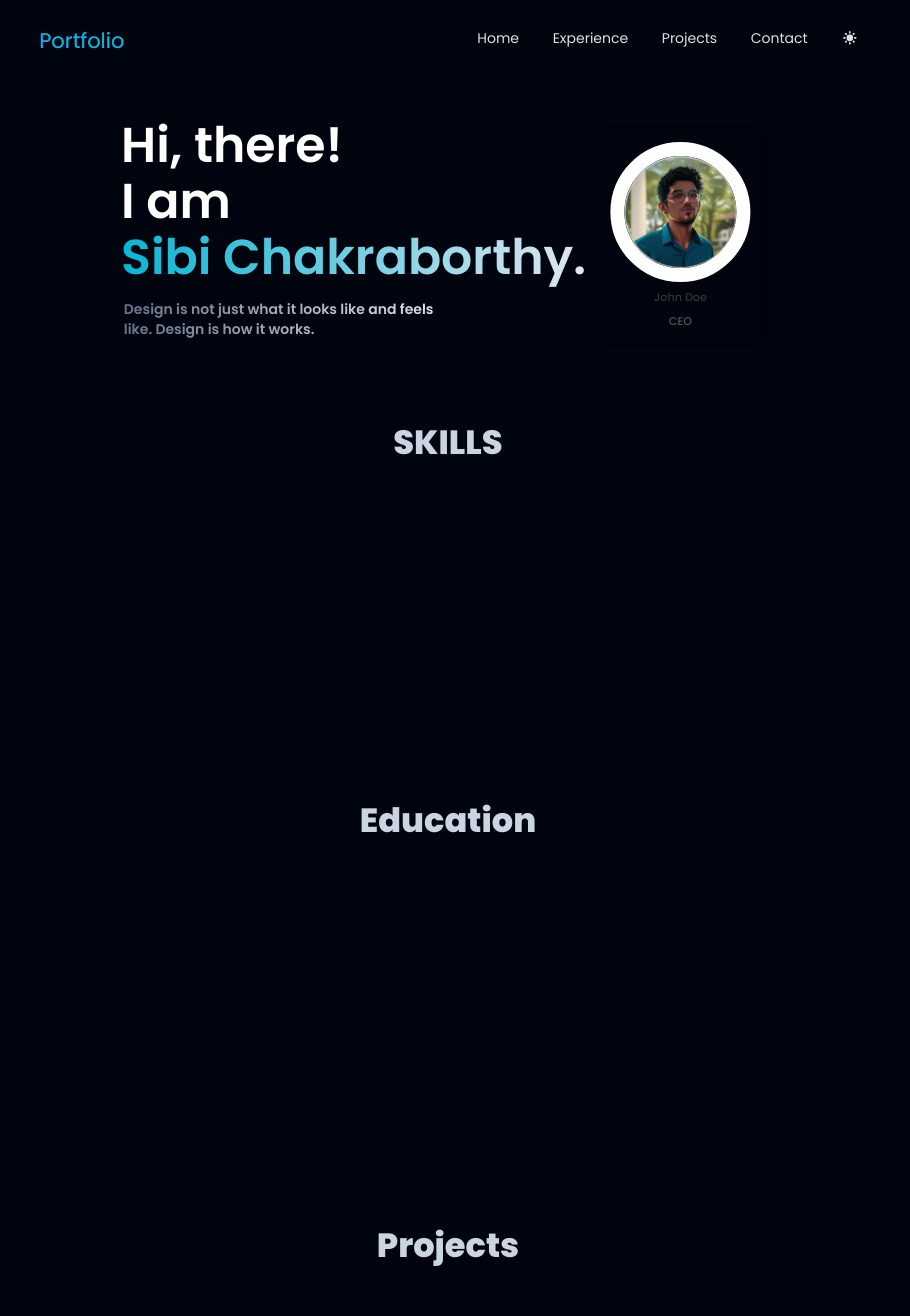
Repository: sibi24sibi/MyPersonalPortfolio
Page: /
The author's editor kept a copy of each file at every save. The page is drawn from the files as they stood at one save, then again after the next save.
The browser window is 1280 px wide. The page is 1300 px wide, so the pictures cover 1300 px, including what lies to the right of the window. The pictures show the part of the page from y = 0 to 1880 px (the page is 3414 px tall), at 70% of full size.
The project was rebuilt for these pictures with package versions that can differ from the ones it lists, and the page was loaded fresh each time. Also part of the build but not shown: vite.config.js, src/components/Menu.jsx, src/components/Footer.jsx.

Above is the page before, as saved 2024-05-03 17:51:34.

### index.html
<!DOCTYPE html>
<html lang="en">

<head>
  <meta charset="UTF-8" />
  <link rel="icon" type="image/svg+xml" href="" />
  <meta name="viewport" content="width=device-width, initial-scale=1 , maximum-scale=1 ,user-scalable=no" />
  <title>
    Personal Portfolio
  </title>
</head>

<body className="darkMode">
  <div id="root" className="px-5 w-screen"></div>
  <script type="module" src="/src/main.jsx"></script>
</body>

</html>

### src/index.css
@import url('https://fonts.googleapis.com/css2?family=Poppins:wght@300;400;500;600;800&display=swap');
@tailwind base;
@tailwind components;
@tailwind utilities;

html {
    @apply overflow-x-hidden scroll-smooth
}

body {

    @apply dark:bg-[#00040f] bg-[#e2e2e2ab]
}

### src/App.jsx
import Navbar from "./components/Navbar";
import About from "./components/About";

import Education from "./components/Education";
import Projects from "./components/Projects";
import Skills from "./components/Skills";

import HashLoader from "react-spinners/HashLoader";
import CTA from "./components/CTA";
import MyEmailLayout from "./components/email";
import Footer from "./components/Footer";


import { useState, useEffect } from "react";

const override = {
  display: "flex",
  justifyContent: "center",
  alignItems: "center",
  marginTop: "5rem",
  borderColor: "red",
};

const App = () => {
  const [loading, setLoading] = useState(true);

  useEffect(() => {
    setLoading(true);
    setTimeout(() => {
      setLoading(false);
    }, 3000);
  }, []);
  return (
    <>
      {loading ? (
        <div className="flex h-screen w-screen justify-center items-center bg-[#00040f] ">
          <HashLoader
            color="#0891b2"
            loading={loading}
            cssOverride={override}
            size={90}
            aria-label="Loading Spinner"
            data-testid="loader"
          />
        </div>
      ) : (
        <div className=" flex flex-col justify-center items-center">
          <Navbar></Navbar>
          <About></About>
          <Skills></Skills>
          <Education></Education>
          <Projects></Projects>
          <CTA></CTA>
          <MyEmailLayout></MyEmailLayout>
          {/* <Footer></Footer> */}
        </div>
      )}
    </>
  );
};
export default App;

### src/components/Navbar.jsx
import { CgMenuRightAlt } from "react-icons/cg";
import { HiSun, HiMoon } from "react-icons/hi";
import { useState, useEffect } from "react";
import Menu from "./Menu";

const Navbar = () => {
  const [nav, setNav] = useState(false);

  const [theme, setTheme] = useState("light");

  useEffect(() => {
    if (theme === "dark") {
      document.documentElement.classList.remove("dark");
    } else {
      document.documentElement.classList.add("dark");
    }
  }, [theme]);

  const handleTheme = () => {
    setTheme(theme === "dark" ? "light" : "dark");
  };

  return (
    <>
      <section className="NAVBAR sticky top-0 backdrop-blur-[5px] z-10 pt-5  translate-x-[20px] min-w-full mt-5 font-['Poppins']  max-sm:p-2 max-sm:mx-1 max-sm:max-h-[48px] ">
        <div className="flex  justify-between capitalize md:ml-9 sm:ml-2">
          <div className="LOGO ">
            <a
              href="#"
              className="text-3xl bg-gradient-to-r from-blue-600 to-cyan-600 bg-clip-text text-transparent dark:text-cyan-500 max-sm:text-2xl"
            >
              {"Portfolio"}
            </a>
          </div>
          <div className="NAVLINKS min-w-full pr-9 text-[20px] translate-x-[-160px]  max-sm:hidden flex justify-end gap-12 text-[#00040f] dark:text-[#e1e1e1] ">
            <a href="#about" className=" hover:text-cyan-500">
              Home
            </a>
            <a href="#experience" className="hover:text-cyan-500">
              Experience
            </a>
            {/* <a href="#education" className="hover:text-cyan-500 ">
              Education
            </a> */}
            <a href="#projects" className="hover:text-cyan-500 ">
              Projects
            </a>
            <a href="#contact" className="hover:text-cyan-500 ">
              Contact
            </a>

            <button onClick={handleTheme}>
              {theme === "dark" ? (
                <HiMoon className="-translate-y-1 text-2xl" />
              ) : (
                <HiSun className="-translate-y-1 text-2xl" />
              )}
            </button>

            </div>
            </div>
          <button onClick={() => setNav(!nav)}>
            <CgMenuRightAlt className="hidden max-sm:block mr-5   absolute top-2  right-10 md:transform-none text-[#00040f] dark:text-[#e1e1e1] text-[32px]" />
          </button>


        {nav && <Menu />}

      </section>



    </>
  );
};
export default Navbar;

### src/components/About.jsx
import Lottie from "lottie-react";
import computer from "../assets/lottie/computer.json";
import Profile from "../assets/Profile.jpg";
import "./about-style.css";

const About = () => {
  return (
    <>
      <section
        id="about"
        className="p-5 mx-2 mb-10 font-medium font-['Poppins'] max-w-6xl max-sm:p-2 max-sm:mx-5"
      >
        <div className="WRAPPER mt-12 flex justify-between max-sm:flex-col gap-35">
        <div className="INTRO text-[70px] leading-[80px] font-semibold max-sm:text-[40px] max-sm:leading-[70px] max-sm:font-semibold">
            <h3 className="text-[#00040f] dark:text-white">
              Hi, there! <br />I am
            </h3>
            <span className="bg-clip-text text-transparent bg-gradient-to-r  from-blue-600 to-cyan-600 dark:from-cyan-500 dark:to-slate-200">
             Sibi Chakraborthy.

            </span>

            <p className="ABOUT h-[100px] text-xl max-sm:text-[15px] bg-clip-text text-transparent  bg-gradient-to-r  from-[#00040f] to-slate-500 dark:from-slate-500 dark:to-slate-200 max-w-[470px] mt-5 pl-1">
            Design is not just what it looks like and feels like. Design is how it works.
            </p>
          </div>
        <div className="div">



        <div className="team-member">
            <img src={Profile} alt="Profile"/>
            <h3>John Doe</h3>
            <p>CEO</p>
        </div>



        </div>
        </div>
      </section>
    </>
  );
};
export default About;

### src/components/Education.jsx
import Lottie from "lottie-react";
import education from "../assets/lottie/education.json";
import SAEC from "../assets/SAEC.png";
import AOS from "aos";

import { useEffect } from "react";

const Education = () => {
  useEffect(() => {
    AOS.init();
  }, []);
  return (
    <section
      id="education"
      className="EXPERIENCE max-w-6xl p-5 mx-20 mb-25 font-['Poppins']  max-sm:p-2 max-sm:mx-5"
    >
      <div className="WRAPPER mt-10">
        <h1 className="text-[#00040f] dark:text-slate-300 text-center font-extrabold text-5xl mb-5 max-sm:text-4xl   ">
          Education
        </h1>

        <div
          className="EDUCATION flex gap-7 justify-between flex-row-reverse max-sm:flex-col"
          data-aos="fade-right"
        >
          <div className="max-w-[520px] mt-[52px] p-7 max-sm:p-3">
            <div className="flex gap-5">
              <img
                src={SAEC}
                alt="SAEC"
                className="w-[150px] h-[100px]"
              />
              <h1 className="bg-clip-text text-transparent bg-gradient-to-r max-sm:text-[17px] from-amber-500 via-orange-600 to-yellow-500 dark:from-[#ff6600] dark:to-slate-100 font-semibold text-2xl w-[300px] h-[100px] tracking-wider ">
                Syed Ammal engineering college
              </h1>
            </div>

            <div className="mt-7 flex flex-col gap-5 text-left pl-4">
              <h3 className="capitalize  text-slate-800 dark:text-slate-300 text-xl max-sm:text-lg">
                Bachelor of technology
              </h3>
              <p className="italic capitalize text-gray-500 dark:text-slate-500 text-xl max-sm:text-lg leading-9">
                November 2020 - May 2024
              </p>

              <p className="capitalize text-gray-500 dark:text-slate-500 text-xl max-sm:text-lg leading-9">
                Computer Science and Engineering
              </p>
            </div>
          </div>
          <Lottie
            animationData={education}
            loop={true}
            className="max-w-[500px]"
          />
        </div>
      </div>
    </section>
  );
};
export default Education;

### src/components/Skills.jsx
import {
  HTML,
  CSS,
  Github,
  Git,
  Vite,
  TailwindCSS,
  react,
  Python,
  Javascript,
  CPP,
  C,
  Vue,
  nodejs
} from "../constants/Constant";

import AOS from "aos";
import "aos/dist/aos.css";
import { useEffect } from "react";
import Image from "./Img_prop";

const Skills = () => {
  useEffect(() => {
    AOS.init();
  }, []);
  return (
    <>
      <section className="EXPERIENCE p-5  mb-10 max-w-6xl  font-['Poppins']  max-sm:p-2 max-sm:mx-5">
        <div>
        <h1 className="text-[#00040f] dark:text-slate-300 font-extrabold text-5xl text-center max-sm:text-4xl ">
          SKILLS
        </h1>
        </div>
        <div
          className=" grid place-content-start  grid-cols-3 gap-4 max-sm:p-2 mt-10"
          data-aos="zoom-out-up"
        >
          <Image img={HTML}></Image>
          <Image img={CSS}></Image>
          <Image img={Javascript}></Image>
          <Image img={react}></Image>
          <Image img={TailwindCSS}></Image>
          {/* <Image img={Vue}></Image>
          <Image img={CPP}></Image>
          <Image img={C}></Image> */}
          <Image img={Python}></Image>
          {/* <Image img={Vite}></Image> */}
          <Image img={Git}></Image>
          <Image img={Github}></Image>
          <Image img={nodejs}></Image>
        </div>
      </section>
    </>
  );
};
export default Skills;

### src/components/CTA.jsx
function CTA() {
  const resumeLink = "/Sibi-Chakraborthy-V.pdf";
  return (
    <div id="resume" className="pt-36 max-w-6xl resume relative w-full flex justify-center ">

      <div className="pt-14 mx-20 pb-40">
        <h2 className="text-4xl md:text-5xl max-sm:text-[35px] max-sm:leading-[60px] font-bold mb-10 text-[#00040f] dark:text-white text-center">
          Need to know about me more
        </h2>
        <div className="flex justify-center ">
        <a
          href={resumeLink}
          className="cursor-pointer font-bold whitespace-nowrap
        mt-6 px-8 py-3 dark:text-[#e1e1e1] border-2 rounded-full border-[#808080]  bg-bg hover:bg-fun-pink hover:border-fun-pink transition-colors inline-flex items-center"
        >
          <svg class="fill-current w-4 h-4 mr-2" xmlns="http://www.w3.org/2000/svg" viewBox="0 0 20 20"><path d="M13 8V2H7v6H2l8 8 8-8h-5zM0 18h20v2H0v-2z"/></svg>
          <span>Resume</span>

        </a>

        </div>
      </div>


    </div>
  );
}

export default CTA;

### src/components/email.jsx
import React, { useRef, useEffect } from "react";
import emailjs from '@emailjs/browser';



const MyEmailLayout = () => {
  const form = useRef();

  useEffect(() => {
    // Initialize emailjs
    emailjs.init('-fw29uVaf1UZJqOVT');
  }, []);

  const sendEmail = (e) => {
    e.preventDefault();

    emailjs

      .sendForm('service_hgvjibu', 'template_f9rmzk9', form.current)
      .then(
        () => {
          alert('Email sent successfully!');
        },
        (error) => {
          alert('Failed to send email. Please try again later.');
          console.error('Email Error:', error);
        }
      );
  };

  return (
    <div   className="mb-20 max-w-6xl" id="contact">

      <div className=" mx-10 max-sm:mx-5 ">
      <div className="div">
      <h1 className="text-2xl dark:text-[#e1e1e1] font-bold mb-4 ">SEND ME A EMAIL</h1>
      </div>
      <form ref={form} onSubmit={sendEmail}>
        <div className="grid  grid-cols-2 gap-4 flex justify-center">
          <div>
            <label htmlFor="name" className="dark:text-[#e1e1e1]">Name</label>
            <input
              type="text"
              id="name"
              name="user_name"
              className="px-3 py-2 placeholder-gray-400 text-gray-600 relative dark:bg-slate-300 bg-stone-300 rounded text-sm border-0 shadow outline-none focus:outline-none focus:ring  w-full"
            />
          </div>
          <div>
            <label htmlFor="email" className="dark:text-[#e1e1e1]">Email</label>
            <input
              type="email"
              id="email"
              name="user_email"
              className="px-3 py-2 placeholder-gray-400 text-gray-600 relative dark:bg-slate-300 bg-stone-300 rounded text-sm border-0 shadow outline-none focus:outline-none focus:ring w-full"
            />
          </div>
        </div>
        <label htmlFor="message" className="dark:text-[#e1e1e1]">Message</label>
        <textarea
          placeholder=""
          name="message"
          className="px-3 py-2 placeholder-gray-400 text-gray-600 relative dark:bg-slate-300 bg-stone-300 rounded text-sm border-0 shadow outline-none focus:outline-none focus:ring h-40 w-full "
        ></textarea>
        <button
          type="submit"
          className="bg-blue-500 rounded-full text-white px-4 py-2 mt-4 float-right"
          value="Send"
        >
          Send Email
        </button>
      </form>
      </div>
    </div>
  );
};

export default MyEmailLayout;

### src/components/about-style.css
.team-member img {
    width: 200px;
    height: 200px;
    border-radius: 50%;
    object-fit: cover;
    border: 20px solid #fff;
    transition: transform 0.3s ease-in-out;
}
.team-member:hover img{
    transform:translateY(-60px);
}

.team-member:hover {
    border-radius: 20px;
    height: 260px;
    background-color: #fff;
}

.team-member {
    text-align: center;
    margin: 20px;
  /*  background-color: #fff;  White background for each team member */
    padding: 15px; /* Add padding for better visual appeal */
    border-radius: 10px; /* Add rounded corners */
    box-shadow: 0 0 10px rgba(0, 0, 0, 0.1); /* Add a subtle box shadow */
}



/* Add a hover effect for better user interaction */
.team-member img:hover {
transform: scale(1.1);
}


.team-member h3 {
    margin: 10px 0;
    color: #333; /* Darken the text color */
}

.team-member p {
    color: #555;
}

### src/components/Project_prop.jsx
/* eslint-disable react/prop-types */

import "./proj_style.css";


const Project_prop = (props) => {
  return (
    <>



      <div className="card bg-blue-100 dark:bg-sky-950 rounded-lg shadow-lg aspect-w-16 aspect-h-9 ">
        <h3
        className="title capitalize font-bold h-20 text-slate-800 dark:text-slate-300 text-xl max-sm:text-lg m-5 text-center"
        >
          {props.title}
        </h3>
            <div className="bar h-1 min-w-40 dark:bg-gray-800  bg-slate-600  mx-5"></div>
        <div className="flex gap-1 ml-3 mt-3 ">
                {props.react}
                {props.vite}
                {props.html5}
                {props.css3}
                {props.php}
                {props.mysql}
                {props.javascript}
                {props.tailwindcss}
                {props.laravel}
                {props.bootstrap}
                {props.wordpress}

        </div>
        <p className="dark:text-slate-500 mt-2 text-sm px-5  select-none">
          {props.para}
        </p>
      </div>




    </>
  );
};
export default Project_prop;

### src/constants/Constant.jsx
import C from "../assets/C.png";
import CPP from "../assets/CPP.png";
import HTML from "../assets/HTML.png";
import Github from "../assets/Github.png";
import CSS from "../assets/CSS.png";
import Python from "../assets/Python.png";
import Javascript from "../assets/Javascript.png";
import Git from "../assets/Git.png";
import Vite from "../assets/Vite.png";
import TailwindCSS from "../assets/TailwindCSS.png";
import react from "../assets/react.png";
import Vue from "../assets/vue.png";
import nodejs from "../assets/nodejs.png";

import Hackthechain from "../assets/HackTheChainLogo.png";
import GSSOC from "../assets/GSSoc.jpg";
import IITB from "../assets/IITB.png";
import Sports from "../assets/Sports_Club.png";
import IIITians from "../assets/IIITians_Network.png";
import GDSC from "../assets/GDSC.png";
import KDE from "../assets/kde.png";
import Oppia from "../assets/oppia.png";

import GPT4 from "../assets/gpt4.jpg";
import Portfolio from "../assets/portfolio.jpg";
import Rocket from "../assets/Rocket.jpg";
import Game from "../assets/Stone.jpg";
import WellBeing from "../assets/well-being.jpg";

export {
  C,
  CPP,
  HTML,
  CSS,
  Github,
  Git,
  Vite,
  TailwindCSS,
  react ,
  Python,
  Javascript,
  Vue,
  Hackthechain,
  GSSOC,
  IITB,
  Sports,
  IIITians,
  GPT4,
  Portfolio,
  Rocket,
  WellBeing,
  Game,
  GDSC,
  KDE,
  nodejs,
  Oppia,
};

### src/components/Img_prop.jsx
const Img_prop = ({ img }) => {
  return (
    <>
      <div className="mr-60 w-[100px] max-sm:w-[75px] h-[100px] max-sm:h-[75px] shadow-xl shadow-slate-300 dark:shadow-lg dark:shadow-blue-500/50 bg-gradient-to-bl from-[#ccc] to-[#eee] dark:from-[#051937] dark:to-[#222] rounded-full place-content-center grid translate-x-[100px] max-sm:translate-x-1">
        <img src={img} alt="html" className="max-sm:h-[45px] h-[55px] " />
      </div>
    </>
  );
};
export default Img_prop;

### src/components/proj_style.css



  .card {
    position: relative;
    left: 0px;
    width: 200px;
    height: fit-content;
    min-height: 320px;
    padding-bottom: 10px;
  }

  .card:not(:first-child) {
      margin-left: -50px;
  }

  .card:hover {
    transform: translateY(-20px);
    transition: 0.4s ease-out;
  }

  .card:hover ~ .card {
    position: relative;
    left: 50px;
    transition: 0.4s ease-out;
  }

@media only screen and (max-width: 600px) {
  .card {
    position:unset;
    left:unset;
    padding-bottom:unset;
    margin: 10px;;
    padding-bottom:unset;
  }
  .card:hover {
    transform:unset ;
    transition:unset;
    margin-left:unset;
  }
  .card:not(:first-child) {
    margin-left:10px;

  }
  .card:hover ~ .card {
    position:unset;
    left:unset;
    transition:unset;
  }
}

Loaded but not shown: src/main.jsx (common file); src/assets/lottie/computer.json (common file); src/assets/lottie/Education.json (common file); tailwind.config.js (common file); src/components/Projects.jsx (189 lines, source omitted)

After the next save:
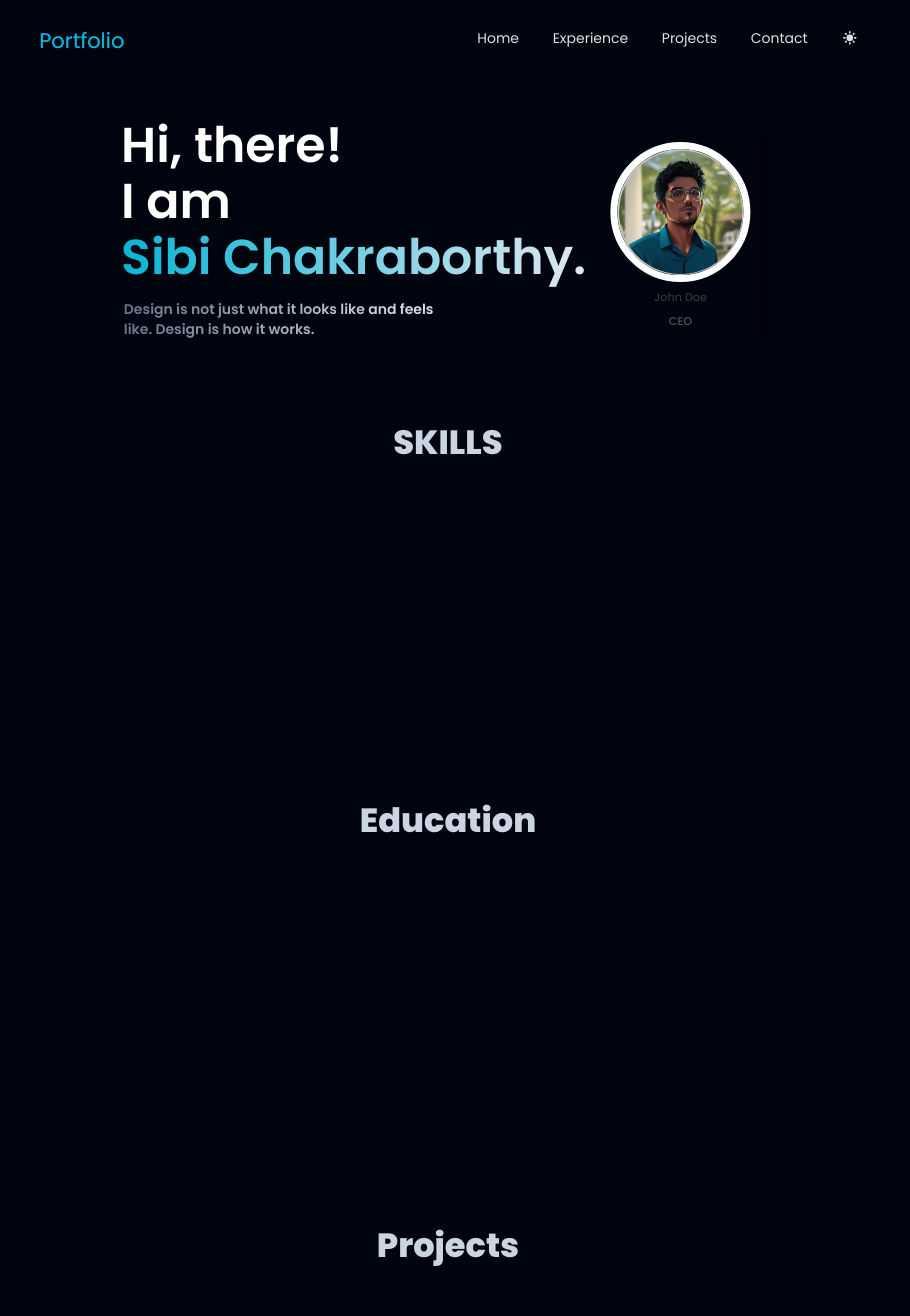
Saved 86 s later.
--- a/src/components/about-style.css
+++ b/src/components/about-style.css
@@ -3,7 +3,7 @@
     height: 200px;
     border-radius: 50%;
     object-fit: cover;
-    border: 20px solid #fff;
+    border: 10px solid #fff;
     transition: transform 0.3s ease-in-out;
 }
 .team-member:hover img{
